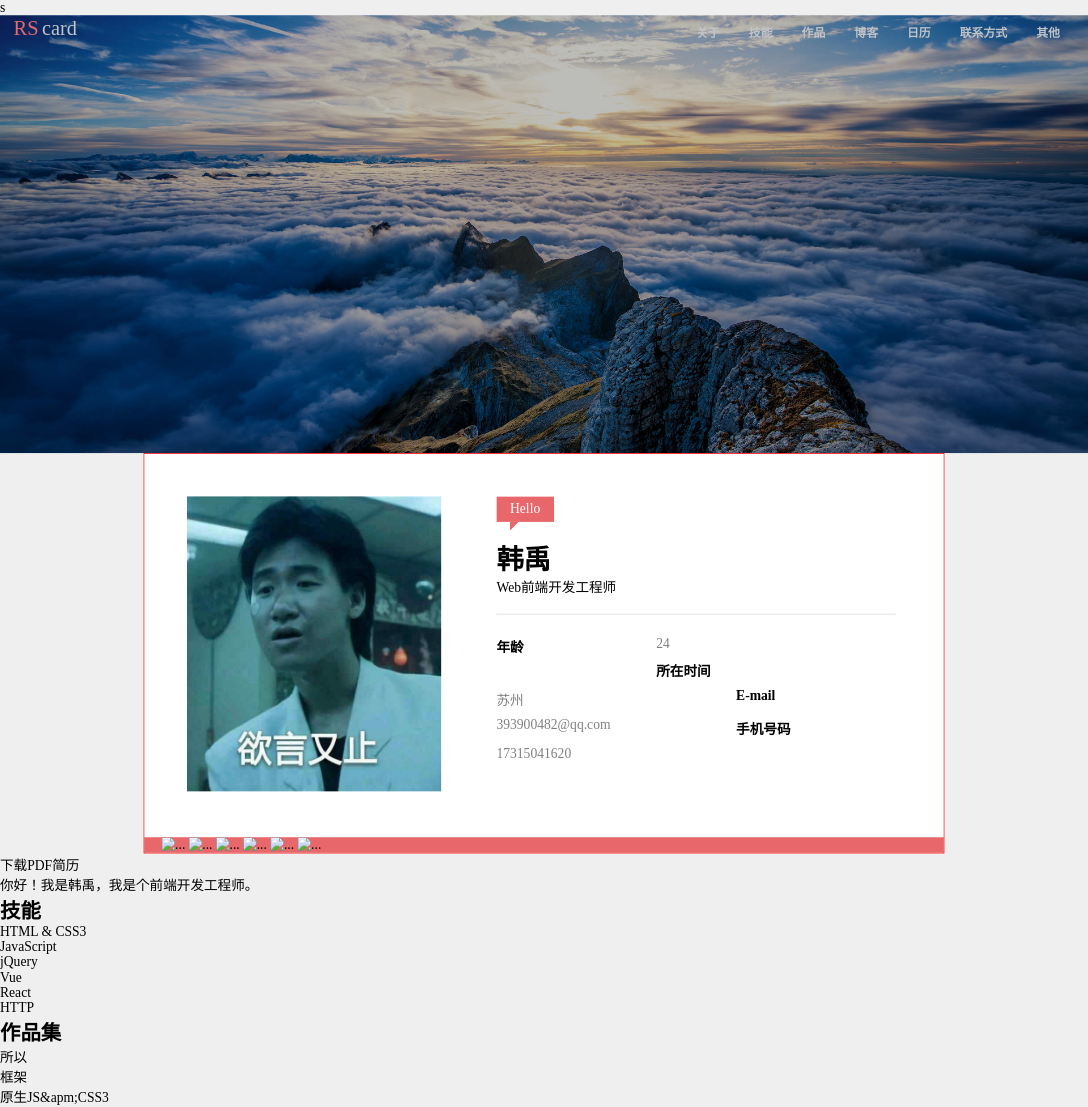
Repository: yorkHan/resume
Page: index.html
These files come from the project's save history. The page is drawn as it stood at one moment and after a run of saves; the edit follows.
The browser window is 1280 px wide. The pictures show the whole page, at 85% of full size.

Above is the page before, as saved 2018-04-10 00:23:43.

After the next 14 saves:
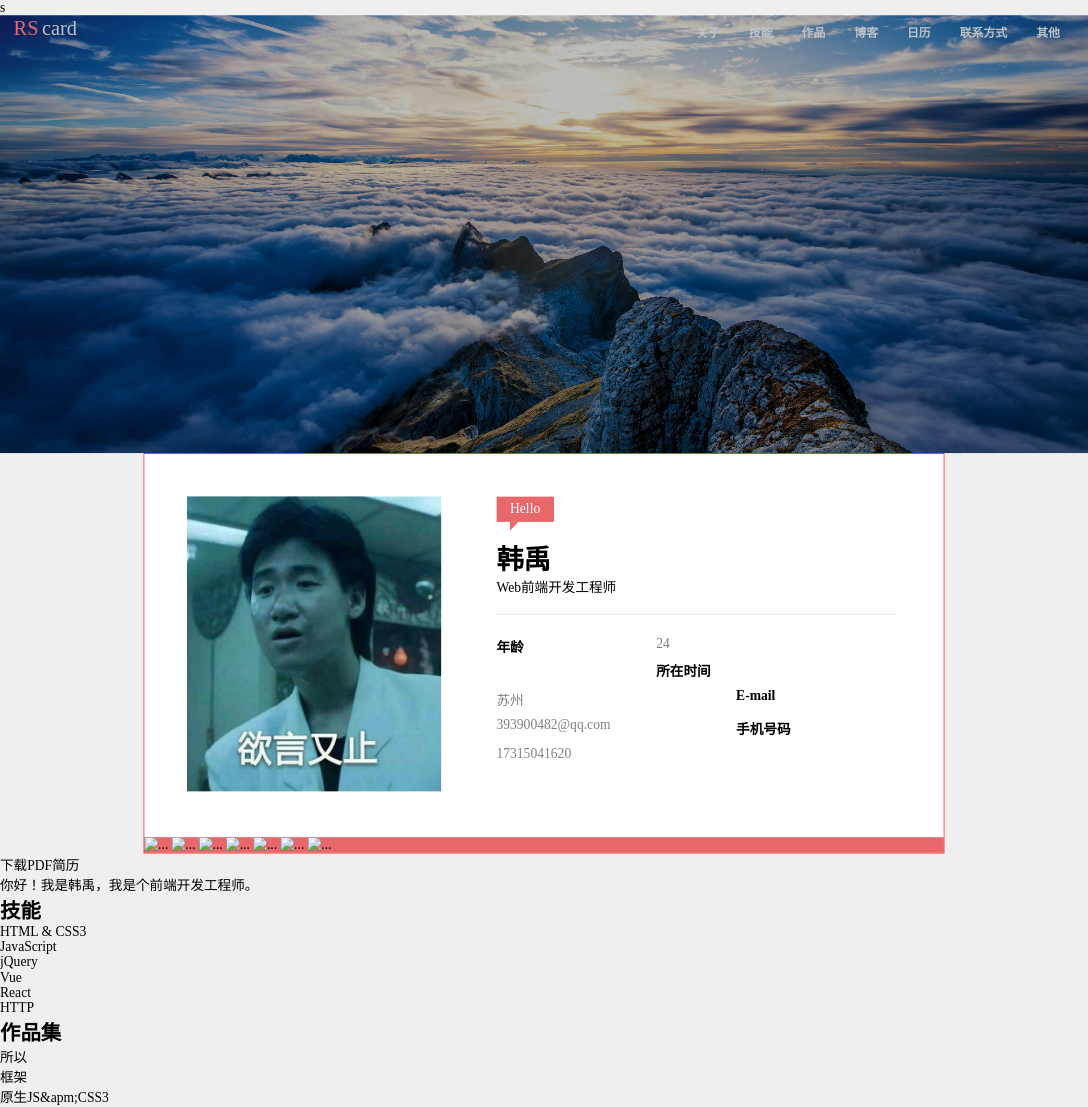
The 14 saves are shown as one change because they came seconds apart.
The last was saved 32 s later.
--- a/index.html
+++ b/index.html
@@ -66,15 +66,27 @@
                 </div>
             </div>
             <footer class="media">
-                <svg class="icon" aria-hidden="true">
-                    <use xlink:href="#icon-xxx"></use>
-                </svg>
-                <a href="#"><img src="#" alt="..."></a>
-                <a href="#"><img src="#" alt="..."></a>
-                <a href="#"><img src="#" alt="..."></a>
-                <a href="#"><img src="#" alt="..."></a>
-                <a href="#"><img src="#" alt="..."></a>
-                <a href="#"><img src="#" alt="..."></a>
+                <a href="#">
+                    <img src="#" alt="...">
+                </a>
+                <a href="#">
+                    <img src="#" alt="...">
+                </a>
+                <a href="#">
+                    <img src="#" alt="...">
+                </a>
+                <a href="#">
+                    <img src="#" alt="...">
+                </a>
+                <a href="#">
+                    <img src="#" alt="...">
+                </a>
+                <a href="#">
+                    <img src="#" alt="...">
+                </a>
+                <a href="#">
+                    <img src="#" alt="...">
+                </a>
             </footer>
         </div>
         <a href="">下载PDF简历</a>

After the 4 saves that followed:
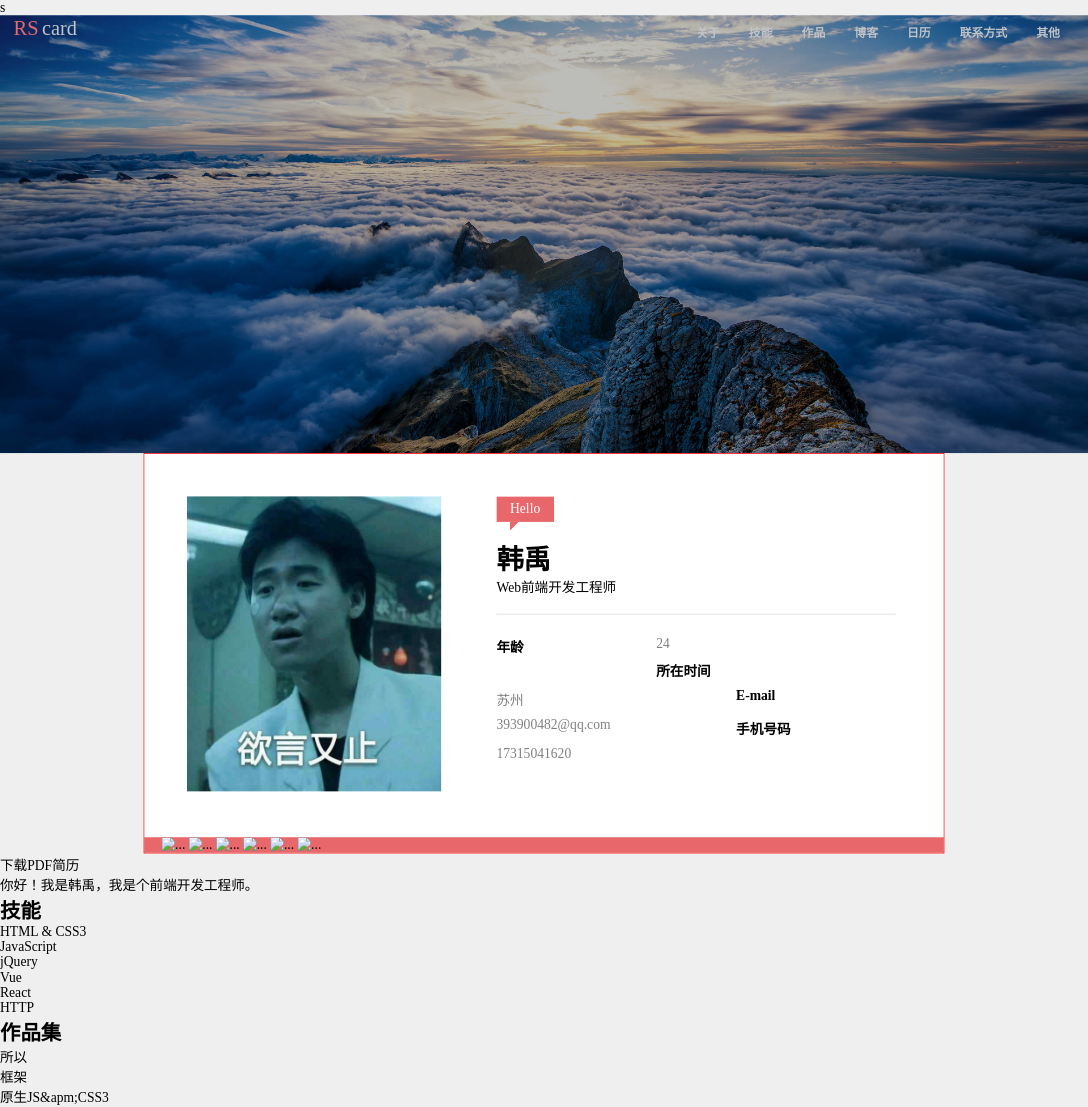
The 4 saves are shown as one change because 1 left the picture as it was and some came seconds apart.
The last was saved 11 s later.
--- a/index.html
+++ b/index.html
@@ -67,7 +67,9 @@
             </div>
             <footer class="media">
                 <a href="#">
-                    <img src="#" alt="...">
+                        <svg class="icon" aria-hidden="true">
+                                <use xlink:href="#icon-xxx"></use>
+                            </svg>
                 </a>
                 <a href="#">
                     <img src="#" alt="...">
